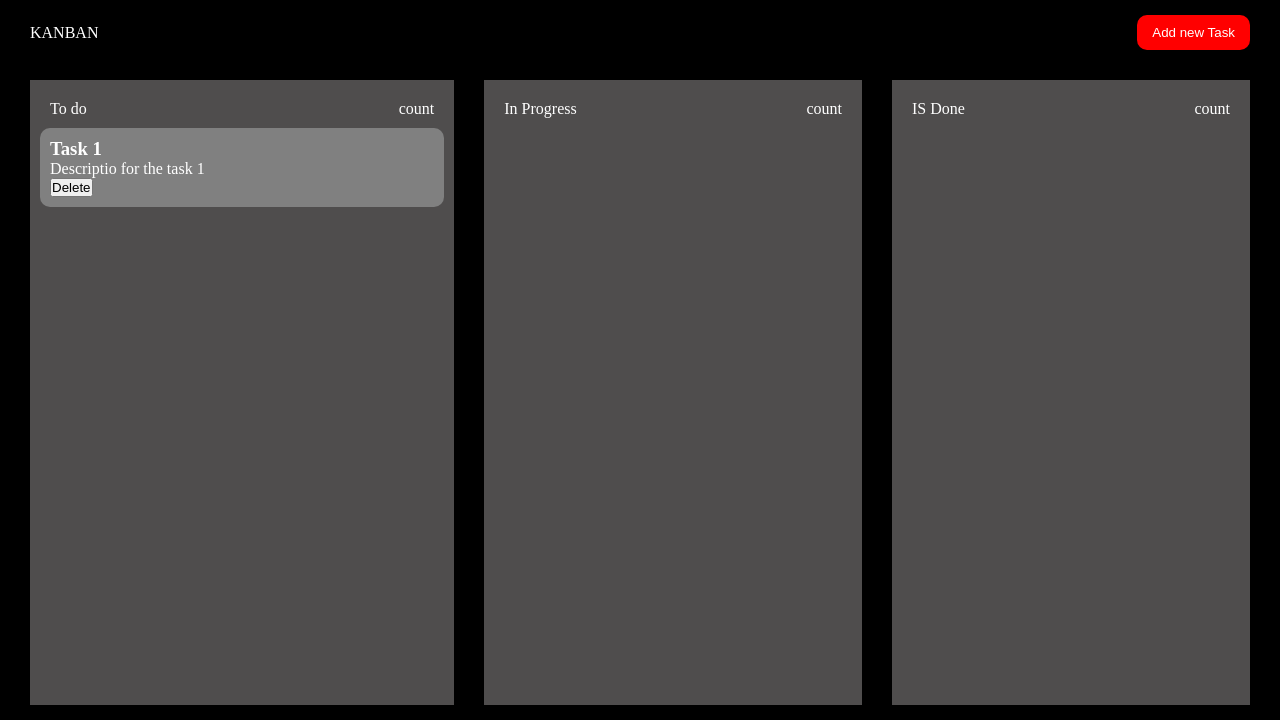
Repository: Sandeepji-5/Kanban-board
Page: index.html
The author's editor kept a copy of each file at every save. The page is drawn from the files as they stood at one save, then again after the next save.
The browser window is 1280 px wide. The pictures show the whole page.

Above is the page before, as saved 2025-12-08 18:46:19.

### index.html
<!DOCTYPE html>
<html lang="en">
<head>
    <meta charset="UTF-8">
    <meta name="viewport" content="width=device-width, initial-scale=1.0">
    <title>Document</title>
    <link rel="stylesheet" href="style.css">
</head>
<body>
    <main>
        <nav>
            <div class="left">KANBAN</div>
            <div class="right"><button>Add new Task</button></div>
        </nav>
        <section class="board">
            <div class="task-column">
                <div class="heading">
                    <div class="left">To do </div>
                    <div class="right">count</div>
                </div>
                <div class="task">
                    <h3>Task 1</h3>
                    <p>Descriptio for the task 1 </p>
                    <button>Delete</button>
                </div>
            </div>
            <div class="task-column">
                <div class="heading">
                    <div class="left">In Progress</div>
                    <div class="right">count</div>
                </div>
            </div>
            <div class="task-column">
                <div class="heading">
                    <div class="left">IS Done </div>
                    <div class="right"> count</div>
                </div>
            </div>
        </section>


    </main>
    <script src="kanban.js"></script>
</body>
</html>

### style.css
* {
    margin: 0;
    padding: 0;

    box-sizing: border-box;
}

html,
body {
    width: 100%;
    height: 100%;

}

:root {
    --bg-color: #0000000;
    --bg-button-color: rgb(79, 77, 77);
    --primary-text-color: #f4f4f4;
    --bg-task-color:gray;
    /* padding 1 rem 2 rem */
    --nav-padding: 15px 30px;
    --section-padding: 15px 30px;
    --padding-s: 5px;
    --padding-m: 10px;
    --padding-l: 15px;
    --padding-xl: 20px;
    --padding-xxl: 30px;


    /* border radius variable  */



    --border-radius-s:5px;
    --border-radius-m:10px;
    --border-radius-l:15px;
    --border-radius-xl:20px;
    --border-radius-xxl:30px;


}

body {
    background-color: black;
    color: white;
}
main{
    display: flex;
    height: 100%;
    width: 100%;
    flex-direction: column;


}

nav{
    padding: var(--nav-padding);
    display: flex;
    align-items: center;
    justify-content: space-between;

}
nav button{
    background-color: red;
    color: white;
    border: none;
    outline: none;
    padding: var(  --padding-m) var(  --padding-l);
    cursor: pointer;
    border-radius:var(--border-radius-m) ;

}


section{
    padding:var(--section-padding);
    /* height: 100%; */
    display: flex;
    flex-grow: 1;
    justify-content: space-between;

    gap: var(--padding-xxl);

}
section .task-column{
    padding: var(--padding-m);
    background-color: var(--bg-button-color);
    flex-grow: 1  ;
    padding: var(--padding-m)  ;
    display: flex;
    flex-direction: column;


}
section .task-column .heading{
    display: flex;
    justify-content: space-between ;
    padding: var(--padding-m);
}


section .task-column  .task{

    display: flex;
    flex-direction: column;
    padding: var(--padding-m);
    border-radius: var(--border-radius-m);
    background-color: var(--bg-task-color);

}

section .task-column .task button{
    align-self: flex-start;
}

Loaded but not shown: kanban.js (no copy from this time; the picture is the same without it)

After the next save:
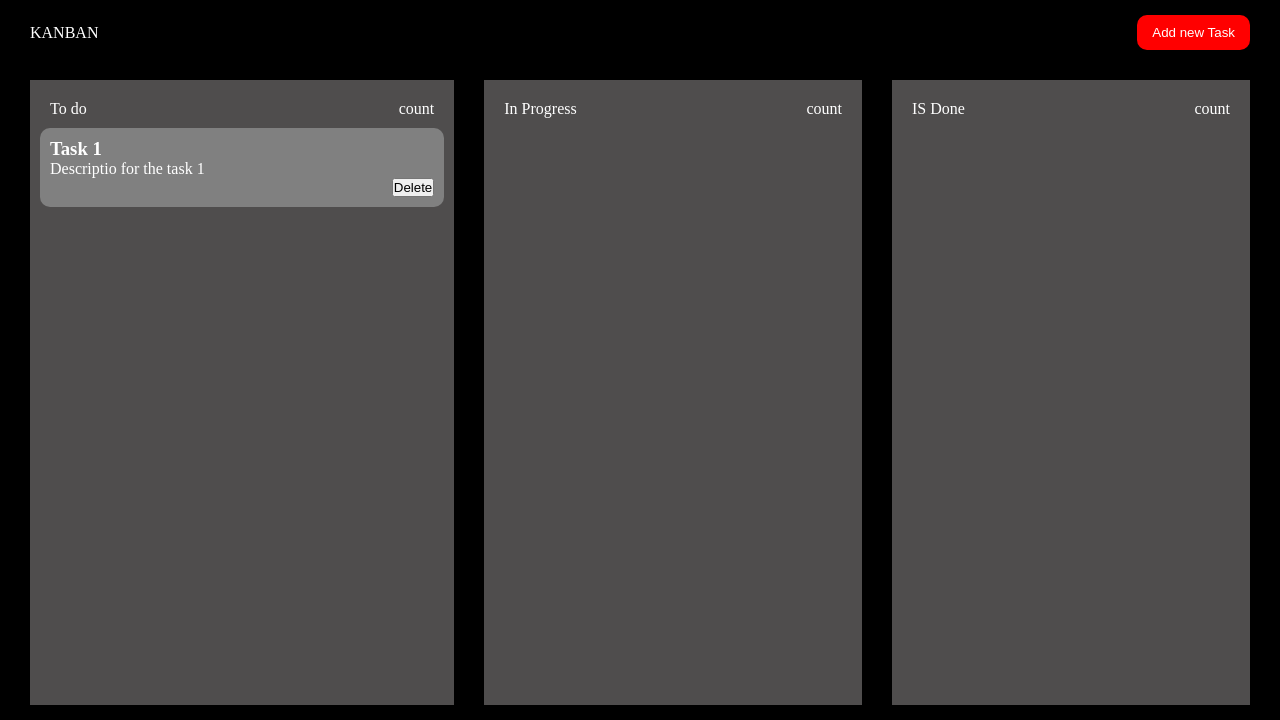
Saved 8 s later.
--- a/style.css
+++ b/style.css
@@ -110,5 +110,5 @@ section .task-column  .task{
 }
 
 section .task-column .task button{
-    align-self: flex-start;
+    align-self: flex-end;
 }
